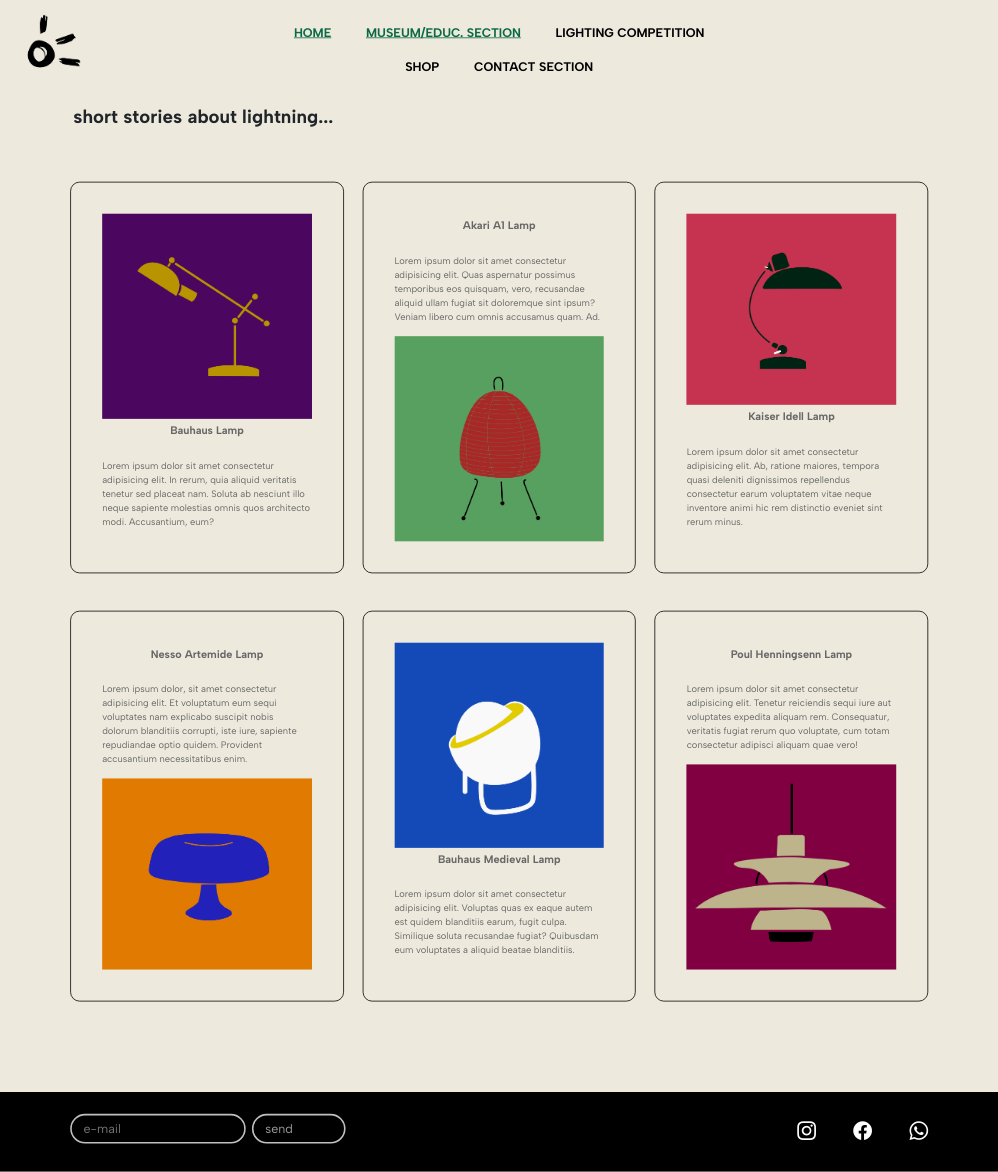
Repository: veronicamdiaz/Landing-Page-Practices
Page: museum-educational-section.html
An editor plug-in stored every save of this project. The page is shown before and after the next save, followed by the edit.
The browser window is 1280 px wide. The pictures show the whole page, at 78% of full size.

Above is the page before, as saved 2025-05-15 01:10:25.
Console error: TypeError: Cannot read properties of null (reading 'addEventListener')

### museum-educational-section.html
<!DOCTYPE html>
<html lang="pt-BR">
<head>
    <meta http-equiv="X-UA-Compatible" content="IE=edge">
    <meta name="viewport" content="width=device-width, initial-scale=1.0">
    <title>Landing Page</title>
    <link rel="stylesheet" href="https://cdn.jsdelivr.net/npm/bootstrap@5.3.3/dist/css/bootstrap.min.css">
    <link rel="preconnect" href="https://fonts.googleapis.com">
    <link rel="preconnect" href="https://fonts.gstatic.com" crossorigin>
    <link href="https://fonts.googleapis.com/css2?family=Pacifico&family=Roboto:wght@400;700&display=swap" rel="stylesheet">
    <link rel="stylesheet" href="https://cdn.jsdelivr.net/npm/bootstrap-icons@1.11.3/font/bootstrap-icons.min.css">
    <link href="https://fonts.googleapis.com/css2?family=Albert+Sans:ital,wght@0,100..900;1,100..900&family=Pacifico&family=Roboto+Slab:wght@100..900&family=Roboto:ital,wght@0,100;0,300;0,400;0,500;0,700;0,900;1,100;1,300;1,400;1,500;1,700;1,900&display=swap" rel="stylesheet">
    <link rel="stylesheet" href="main.css">
</head>

<header id="home-page">
    <div class="site-logo">
        <a href="index.html">
            <img src="images/logo-site.png" alt="Lightning Design Lab Logo" class="logo-img">
        </a>
    </div>

    <div class="menu" data-bs-target="#cabecalho" da
    ta-bs-smooth-scroll="true">
        <nav id="cabecalho" class="mb-2 px-4">
            <a href="index.html" class="nav-link-active" data-bs-toggle="tab" data-bs-target="#home-page">HOME</a>
            <a href="museum-educational-section.html" class="nav-link-active" data-bs-toggle="tab" data-bs-target="#museum-educational-section">MUSEUM/EDUC. SECTION</a>
            <a href="#competition-section" class="nav-link" data-bs-toggle="tab" data-bs-target="#competition-section">LIGHTING COMPETITION</a>
            <a href="shop-section.html" class="nav-link" data-bs-toggle="tab" data-bs-target="#shop-section">SHOP</a>
            <a href="#contact-section" class="nav-link" data-bs-toggle="tab" data-bs-target="#contact-section">CONTACT SECTION</a>
        </nav>
    </div>
</header>


<section id="museum-educational-section" class="mt-4 mb-5">
    <div class="container d-flex justify-content-between align-items-center mt-5 mb-3 p-4">
        <h2 class="section-title">short stories about lightning...</h2>
        <div class="icon-container"></div>
    </div>

    <div class="container">
    <div class="row">
        <div class="col-md-4 col-12 mb-5 p-6">
            <div class="card bg-transparent">
                <img src="/images/lights drawings-03.jpg" alt="bauhaus-lamp">
                <h3 class="pb-2 pt-2">Bauhaus Lamp</h3>
                <p>Lorem ipsum dolor sit amet consectetur adipisicing elit. In rerum, quia aliquid veritatis tenetur sed placeat nam. Soluta ab nesciunt illo neque sapiente molestias omnis quos architecto modi. Accusantium, eum?</p>
            </div>
        </div>
        <div class="col-md-4 col-12 mb-5 p-6">
            <div class="card bg-transparent">
                <h3 class="pb-2 pt-2">Akari A1 Lamp</h3>
                <p>Lorem ipsum dolor sit amet consectetur adipisicing elit. Quas aspernatur possimus temporibus eos quisquam, vero, recusandae aliquid ullam fugiat sit doloremque sint ipsum? Veniam libero cum omnis accusamus quam. Ad.</p>
                <img src="/images/lights drawings-02.jpg" alt="akari-lamp" class="img-fluid">
            </div>
        </div>
        <div class="col-md-4 col-12 mb-5 p-6">
            <div class="card bg-transparent">
                <img src="/images/lights drawings-04.jpg" alt="kaiser-idell-lamp" class="img-fluid">
                <h3 class="pb-2 pt-2">Kaiser Idell Lamp</h3>
                <p>Lorem ipsum dolor sit amet consectetur adipisicing elit. Ab, ratione maiores, tempora quasi deleniti dignissimos repellendus consectetur earum voluptatem vitae neque inventore animi hic rem distinctio eveniet sint rerum minus.</p>
            </div>
        </div>
        <div class="col-md-4 col-12 mb-5 p-6">
            <div class="card bg-transparent">
                <h3 class="pb-2 pt-2">Nesso Artemide Lamp</h3>
                <p>Lorem ipsum dolor, sit amet consectetur adipisicing elit. Et voluptatum eum sequi voluptates nam explicabo suscipit nobis dolorum blanditiis corrupti, iste iure, sapiente repudiandae optio quidem. Provident accusantium necessitatibus enim.</p>
                <img src="/images/lights drawings2-03.jpg" alt="nesso-artemide-lamp" class="img-fluid">
            </div>
        </div>
        <div class="col-md-4 col-12 mb-5 p-6">
            <div class="card bg-transparent">
                <img src="/images/lights drawings2-04.jpg" alt="bauhaus-medieval-lamp" class="img-fluid">
                <h3 class="pb-2 pt-2">Bauhaus Medieval Lamp</h3>
                <p>Lorem ipsum dolor sit amet consectetur adipisicing elit. Voluptas quas ex eaque autem est quidem blanditiis earum, fugit culpa. Similique soluta recusandae fugiat? Quibusdam eum voluptates a aliquid beatae blanditiis.</p>
            </div>
        </div>
        <div class="col-md-4 col-12 mb-5 p-6">
            <div class="card bg-transparent">
                <h3 class="pb-2 pt-2">Poul Henningsenn Lamp</h3>
                <p>Lorem ipsum dolor sit amet consectetur adipisicing elit. Tenetur reiciendis sequi iure aut voluptates expedita aliquam rem. Consequatur, veritatis fugiat rerum quo voluptate, cum totam consectetur adipisci aliquam quae vero!</p>
                <img src="/images/lights drawings_Prancheta 1.jpg" alt="Imagem 6" class="img-fluid">
            </div>
        </div>
    </div>
</div>
</section>

<footer class="bg-black py-2">
    <div class="container d-flex justify-content-between align-items-center flex-column flex-md-row">
        <div class="d-flex gap-2 align-items-center mb-2">
            <input type="email" class="btn btn-secondary" placeholder="e-mail" required
                style="border: 2px solid rgb(192, 192, 192); border-radius: 20px; background-color: black; padding: 5px 15px; min-width: 120px; text-align: left; color: rgb(155, 155, 155);">
            <button type="submit" class="btn btn-secondary"
                style="border: 2px solid rgb(192, 192, 192); border-radius: 20px; background-color: black; padding: 5px 15px; min-width: 120px; text-align: left; color: rgb(155, 155, 155);">
                send
            </button>
        </div>
        <div class="d-flex gap-5 align-items-center">
            <a href="https://www.instagram.com" target="_blank" class="text-white">
                <i class="bi bi-instagram" style="font-size: 1.5rem;"></i>
            </a>
            <a href="https://www.facebook.com" target="_blank" class="text-white">
                <i class="bi bi-facebook" style="font-size: 1.5rem;"></i>
            </a>
            <a href="https://wa.me/" target="_blank" class="text-white">
                <i class="bi bi-whatsapp" style="font-size: 1.5rem;"></i>
            </a>
        </div>
    </div>
</footer>


<script src="script.js"></script>

<script>
    document.addEventListener("DOMContentLoaded", function () {
        const navLinks = document.querySelectorAll(".nav-link");

        // Ativa o link clicado e armazena no localStorage
        navLinks.forEach(link => {
            link.addEventListener("click", function (e) {
                // Armazena qual link foi clicado no localStorage
                localStorage.setItem('activeLink', e.target.getAttribute('href'));
                // Adiciona a classe de ativo
                navLinks.forEach(l => l.classList.remove("nav-link-active"));
                e.target.classList.add("nav-link-active");
            });
        });

        // Verifica se há um link ativo armazenado no localStorage
        const activeLink = localStorage.getItem('activeLink');
        if (activeLink) {
            // Remove a classe 'nav-link-active' de todos os links
            navLinks.forEach(link => link.classList.remove("nav-link-active"));
            // Adiciona a classe 'nav-link-active' ao link armazenado
            document.querySelector(`a[href="${activeLink}"]`)?.classList.add("nav-link-active");
        }
    });
</script>
</body>
</html>

### main.css
html, body {
    height: 100%;
    margin: 0;
    display: flex;
    flex-direction: column;
}

body {
    background-color: #EDEADD;
    font-family: sans-serif;
    flex: 1;
}

main {
    z-index: 5;
    flex: 1; /* ocupa todo o espaço entre o header e o footer */
    display: flex;
    flex-direction: column;
    background-color: transparent;
}

header {
    height: auto;
    position: relative;
    display: flex;
    flex-direction: column;
    align-items: center;
    padding-bottom: 40px; /* ou ajuste conforme necessário */

}

.site-logo {
    z-index: 100; /* Aumente se necessário */
    position: fixed;
    top: 10px;
    left: 20px;
}

.interaction-section {
    z-index: 5;
}

.logo-img {
    height: auto;
    display: block;
}

.container {
    padding: 20px;
}

/* #webgl-container {
    display: flex;
    justify-content: center;
    align-items: center;
    width: 100%;
    height: 100%;
    overflow: hidden;
    background-color: #f5f5f5;
} */

#home-page {
    width: 100%;
    justify-content: center;
    align-items: center;
}



/* .square {
    width: 200px;
    height: 200px;
    background-color: rgb(255, 255, 255);
    position: relative;
} */

.square::before,
.square::after {
    content: "";
    position: absolute;
    width: 100%;
    height: 1px;
}

/* .square::before {
    top: 50%;
    transform: translateY(-50%);
    transform-origin: left;
    transform: rotate(45deg);
}

.square::after {
    left: 50%;
    transform: translateX(-50%);
    transform-origin: top;
    transform: rotate(-45deg);
}
*/
nav {
    font-family: 'Albert Sans';
    font-weight: bold;
    left: 50%;
    top: 10px; /* Mantém um pequeno espaçamento do topo */
    transform: translateX(-50%);
    gap: 20px;
    display: inline-block;
    font-size: 16px;
    align-items: center;
    justify-content: center;
    z-index: 10;
    padding: 10px 20px;
    height: auto;
}


nav a {
    text-decoration: none;
    font-weight: bold;
    background-color: none;
    height: auto !important;
}

.nav-link {
    color: black; /* Cor padrão */
    transition: color 0.3s ease;
}

.nav-link-active {
    color: #0b6945 !important; /* Cor do botão ativo */
    font-weight: bold;
    text-decoration: underline;
}


#cabecalho {
    position: fixed;
    text-align: center; /* Centraliza os links */
    height: auto;
    gap: 20px;
    z-index: 10px;
}

#cabecalho a {
    display: inline-block;
    padding: 10px 20px; /* Para não ficarem colados */
    height: auto;
}

.card {
    display: flex;
    align-items: center;
    padding: 40px;
    width: 100%;
    height: 100%;
    max-width: 1200px;
    margin: 0 auto;
    border-radius: 12px;
    border: 1px solid black;
}

.row {
    flex-wrap: wrap; /* Para quebrar corretamente em telas pequenas */
    justify-content: space-between; /* Garante espaçamento uniforme */
}

.card img {
    background-color: none;
    width: 100%;
    height: 100%;
    object-fit: cover;
}

.card h3 {
    font-size: 14px;
    font-family: 'Albert Sans';
    color: #666;
    font-weight: bold;
}
.card p {
    margin-top: 10px;
    font-size: 12px;
    color: #666;
    font-family: 'Albert Sans';
}

.card.reverse {
    flex-direction: column-reverse;
}

.section-title {
    font-family: 'Albert Sans';
    font-weight: bold;
    font-size: 1.5em;
}

#nova-secao {
    font-family: 'Albert Sans';
}

.text-white {
    font-family: 'Albert Sans';
    font-size: .3em;
    font-weight: bold;
    color: white;
}


.btn-seemore {
    text-transform: uppercase;
    text-decoration: underline;
    background: none;
    border: none;
    color: white;
    font-size: 1rem;
    cursor: pointer;
}

.card-label {
    font-family: 'Albert Sans', sans-serif;
    font-size: 0.9rem;
    color: #999;
    letter-spacing: 1px;
    margin-bottom: 2px; /* Diminuir aqui! */
}


.custom-card img {
    width: 40%;
    max-width: 300px;
    object-fit: cover;
}

.custom-card .card-content {
    width: 60%;
    padding: 20px;
}

.custom-card h3 {
    font-weight: bold;
    margin-bottom: 8px;
    font-size: 18px;
}

.custom-card.left {
    flex-direction: row;
    border: 1px solid black;
    background-color: transparent;
}

.custom-card.right {
    flex-direction: row-reverse;
    border: 1px solid black;
    background-color: transparent;
}

.custom-card p {
    font-size: 14px;
    line-height: 1.6;
}

.card-label {
    font-size: 14px;
    line-height: 1.6;
    font-family: 'Albert Sans';
}


footer {
    padding: 2px 0; /* Reduzindo a altura do footer */
    font-size: 0.8rem; /* Diminuindo tamanho do texto */
    font-family: 'Albert Sans', sans-serif;
}

.icon {
    max-width: 30px; /* Ajuste o tamanho máximo conforme necessário */
    max-height: 30px; /* Ajuste o tamanho máximo conforme necessário */
    width: auto; /* Mantém a proporção */
    height: auto; /* Mantém a proporção */
    object-fit: contain; /* Garante que a imagem se ajuste ao espaço sem distorção */
    margin-bottom: 10px;
}


#competition-section .container {
    width: 100vw;
    overflow: hidden;
}

#img-interativa {
    width: 100%;
    object-fit: cover;
    display: block;
}

.title-container .section-title {
    flex: 1;
    margin: 0;
}

/* “spacer” vazio só para manter o flex funcionando igual */
.title-container .spacer {
  width: 60px; /* ou o tamanho que você precisar para “fechar” o espaço */
}


@media (max-width: 768px) {
    .site-logo {
        top: 5px;
        left: 10px;
        position: fixed;
    }

    .logo-img {
        width: 40px;
    }

    nav {
        position: fixed;
        font-family: 'Albert Sans';
        font-weight: bold;
        gap: 20px;
        font-size: 10px;
        justify-content: center;
        text-align: right;
        display: flex;
        z-index: 1;
        padding: 4px 12px;
    }

    .home-image {
        width: 100%;
        height: auto;
        content: (url(images/fundositemenor_prancheta.png));
        }

    #home-page {
        justify-content: center;
        align-items: center;
    }

    .img-responsiva {
        height: auto;
    }

    .nav-links {
        flex-direction: column;
        gap: 15px;
        text-align: center;
    }

    .navbar-toggler {
        display: block; /* Mostra o botão hambúrguer */
        background: none;
        border: none;
        cursor: pointer;
    }

    .navbar-toggler i {
        color: black;
    }


    .card {
        text-align: center;
        flex-direction: column;
    }

    .card img {
        width: 70%;
    }

    .card .card-content {
        width: 70%;
    }

    .custom-card {
        flex-direction: column !important;
        text-align: center;
    }

    .custom-card img {
        width: 70%;
    }

    .custom-card .card-content {
        width: 70%;
    }


    footer .container {
        flex-direction: column;
        text-align: center;
    }

    footer form {
        flex-direction: column;
        width: 70%;
        align-items: center;
    }

    footer form input,
    footer form button {
        width: 90%; /* Mantém a aparência proporcional */
    }

    footer .d-flex.gap-5 {
        gap: 20px; /* Ajusta o espaçamento dos ícones */
        justify-content: center;
        margin-top: 10px;
    }
}

### script.js
document.addEventListener('DOMContentLoaded', function () {
  // Código para a troca de imagem
  const imagem = document.getElementById('img-interativa');
  let estado = 'inicial';

  console.log('Imagem carregada:', imagem);

  imagem.addEventListener('click', function () {
    console.log('Imagem clicada. Estado atual:', estado);

    if (estado === 'inicial') {
      imagem.src = './images/lights drawings2-05-05.jpg';
      estado = 'alterada';
    } else {
      imagem.src = './images/lights drawings2-09-09.jpg';
      estado = 'inicial';
    }

    console.log('Novo estado:', estado);
  });
});

function updateImage() {
  let homeImage = document.querySelector('.home-image');
  if (window.innerWidth <= 768) {
      homeImage.src = "images/fundositemenor_prancheta.png"; // Imagem menor
  } else {
      homeImage.src = "images/fundosite.png"; // Imagem padrão
  }
}

document.addEventListener("DOMContentLoaded", function () {
  const navLinks = document.querySelectorAll(".nav-link");
  const currentURL = window.location.pathname.split("/").pop(); // Pega só o nome do arquivo, ex: 'shop-section.html'

  navLinks.forEach(link => {
    const linkHref = link.getAttribute("href");

    // Verifica se o link aponta para a mesma página
    if (
      linkHref === currentURL ||                     // Exato match
      (linkHref === "index.html" && currentURL === "") || // Caso especial para index
      (linkHref !== "#" && currentURL.includes(linkHref)) // Links internos com hash (#)
    ) {
      link.classList.add("nav-link-active");
    } else {
      link.classList.remove("nav-link-active");
    }
  });
});


// Verifica quando a página carrega
window.onload = updateImage;

// Verifica quando a tela redimensiona
window.onresize = updateImage;

// <-- Fechando corretamente a função de 'DOMContentLoaded'


  /*
  // Inicialização do modelo 3D
  let mouseX = 0, mouseY = 0;
  const container = document.getElementById('webgl-container');
  const renderer = new THREE.WebGLRenderer({ antialias: true });
  renderer.setSize(window.innerWidth, window.innerHeight);
  container.appendChild(renderer.domElement);  // Adiciona o renderizador dentro de #webgl-container

  const scene = new THREE.Scene();

  // Criar um cubo maior
  const geometry = new THREE.BoxGeometry(2, 2, 2); // Aumentei o tamanho do cubo (2x2x2)
  const material = new THREE.MeshStandardMaterial({ color: 0x00ff00, roughness: 0.5, metalness: 0.7 });
  const cube = new THREE.Mesh(geometry, material);
  scene.add(cube);
  scene.background = new THREE.Color(0xF5F5F5);  // Cor de fundo #F5F5F5

   // Definir a posição do cubo para ficar mais para cima
   cube.position.y = 1; // Aqui é onde ajustamos a posição vertical do cubo

   // Melhorar a qualidade aumentando a resolução
  renderer.setPixelRatio(window.devicePixelRatio); // Usa a resolução nativa do dispositivo

  // Câmera
  const camera = new THREE.PerspectiveCamera(75, window.innerWidth / window.innerHeight, 0.1, 1000);
  camera.position.z = 5;  // Posicionando a câmera para visualizar o cubo maior

  // Adicionar luz ambiente
  const light = new THREE.AmbientLight(0x404040); // luz suave
  scene.add(light);

  // Adicionar luz direcional
  const directionalLight = new THREE.DirectionalLight(0xffffff, 1);
  directionalLight.position.set(5, 5, 5).normalize();
  scene.add(directionalLight);

  // Função de animação
  function animate() {
    requestAnimationFrame(animate);

    // A rotação do cubo será controlada pela posição do mouse
    cube.rotation.x = mouseY * Math.PI; // Multiplica a posição Y do mouse por pi
    cube.rotation.y = mouseX * Math.PI; // Multiplica a posição X do mouse por pi

    renderer.render(scene, camera);
  }

  animate();

  // Função para ajustar o tamanho do renderizador e atualizar a câmera
function onWindowResize() {
  const width = window.innerWidth;
  const height = window.innerHeight;

  // Atualiza as proporções da câmera
  camera.aspect = width / height;
  camera.updateProjectionMatrix();

  // Ajusta o tamanho do renderizador
  renderer.setSize(width, height);
}

// Adiciona um event listener para chamar a função sempre que a janela for redimensionada
window.addEventListener('resize', onWindowResize, false);

// Chama a função uma vez para configurar inicialmente
onWindowResize();

  // Redimensionar o renderizador quando a janela for redimensionada
  window.addEventListener('resize', () => {
    renderer.setSize(window.innerWidth, window.innerHeight);
    camera.aspect = window.innerWidth / window.innerHeight;
    camera.updateProjectionMatrix();
  });

  // Captura o movimento do mouse
  function onMouseMove(event) {
    // Normaliza a posição do mouse (de -1 a 1 para cada eixo)
    mouseX = (event.clientX / window.innerWidth) * 2 - 1;
    mouseY = -(event.clientY / window.innerHeight) * 2 + 1;
  }

  // Adiciona o ouvinte para o movimento do mouse
  window.addEventListener('mousemove', onMouseMove, false);
});

*/

After the next save:
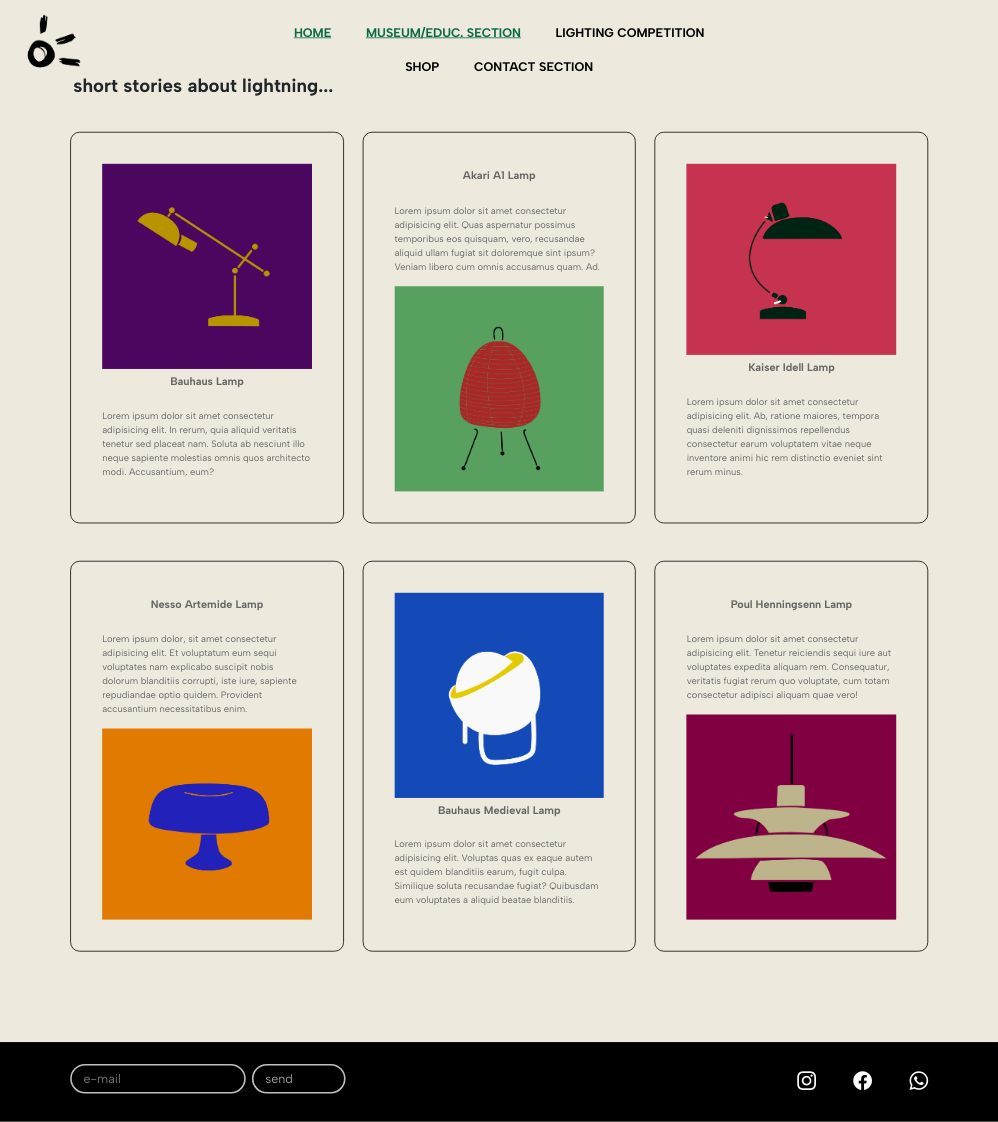
Saved 4 min 41 s later.
--- a/museum-educational-section.html
+++ b/museum-educational-section.html
@@ -34,9 +34,8 @@
 
 
 <section id="museum-educational-section" class="mt-4 mb-5">
-    <div class="container d-flex justify-content-between align-items-center mt-5 mb-3 p-4">
+    <div class="container title-container d-flex justify-content-between align-items-center mb-6 mt-2 p-4">
         <h2 class="section-title">short stories about lightning...</h2>
-        <div class="icon-container"></div>
     </div>
 
     <div class="container">
